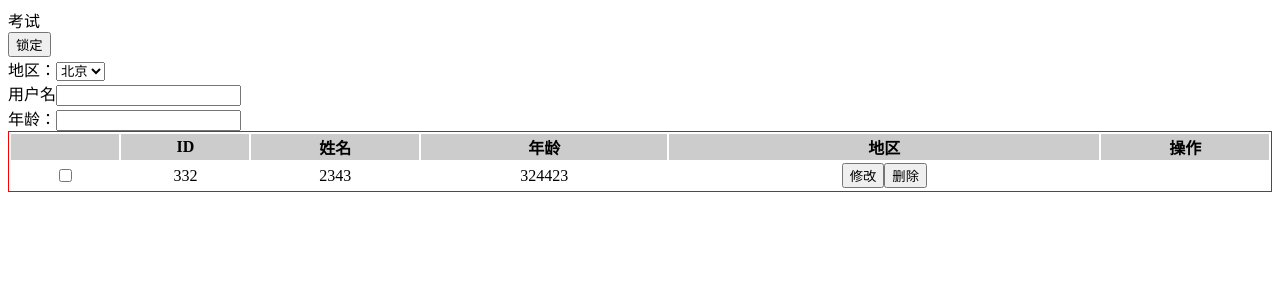
Repository: Sjl-2114/2006z
Page: / (app in A卷/vue-kaoshi/)
The author's editor kept a copy of each file at every save. The page is drawn from the files as they stood at one save, then again after the next save.
The browser window is 1280 px wide. The pictures show the whole page.
The project was rebuilt for these pictures with package versions that can differ from the ones it lists, and the page was loaded fresh each time.

Above is the page before, as saved 2021-04-28 16:01:03.

### A卷/vue-kaoshi/src/App.vue
<template>
  <div>
    考试
    <br>
    <button>{{das}}</button>
    <br>
    <span>地区：</span>
    <select >
      <option :value="item.name" v-for="(item, index) in list" :key="index">
          {{item.name}}
      </option>
    </select>
    <br>
    <span>用户名</span>
    <input type="text" v-model="username">
    <br>
    <span>年龄：</span>
    <input type="number" v-model="age">
    <br>
    <table style="width:100%" class="table">
        <thead>
          <tr>
            <th></th>
            <th>ID</th>
            <th>姓名</th>
            <th>年龄</th>
            <th>地区</th>
            <th>操作</th>

          </tr>
        </thead>
        <tbody>
          <tr>
            <td>
              <input type="checkbox">
            </td>
            <td>332</td>
            <td>2343</td>
            <td>324423</td>
            <td>
              <button>修改</button>
              <button>删除</button>
            </td>
          </tr>
        </tbody>

    </table>
  </div>
</template>
<script>
  import data from '../public/data.json'
export default {
  data() {
    return {
      das:'锁定',
      list: data.data,
      usename:'',
      age:'',

    }
  },
  methods:{

  },

}
</script>
<style>
  .table{
    text-align: center;
    border: 1px solid red;
  }
  thead{
    background: #ccc;
  }
</style>

### A卷/vue-kaoshi/public/data.json
{
  "data": [
    {
      "id": 1,
      "name": "北京"
    },
    {
      "id": 2,
      "name": "上海"
    },
    {
      "id": 3,
      "name": "广州"
    },
    {
      "id": 4,
      "name": "成都"
    }
  ]
}

Loaded but not shown: A卷/vue-kaoshi/public/index.html (common file); A卷/vue-kaoshi/src/main.js (common file)

After the next save:
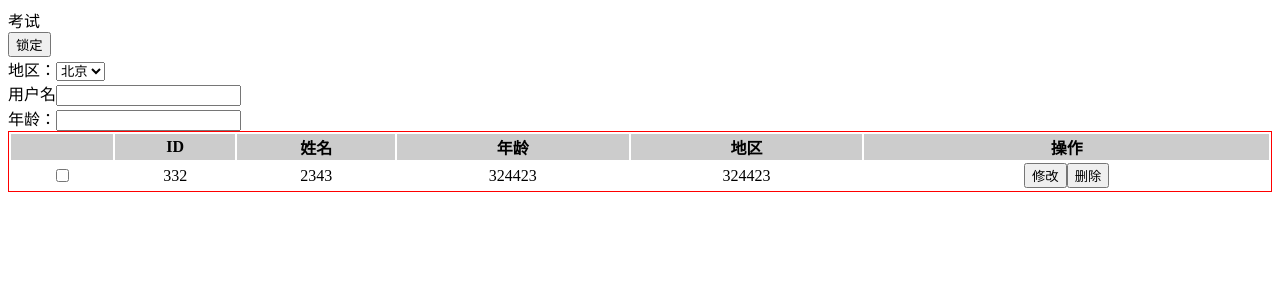
Saved 8 s later.
--- a/A卷/vue-kaoshi/src/App.vue
+++ b/A卷/vue-kaoshi/src/App.vue
@@ -37,6 +37,7 @@
             <td>332</td>
             <td>2343</td>
             <td>324423</td>
+            <td>324423</td>
             <td>
               <button>修改</button>
               <button>删除</button>
